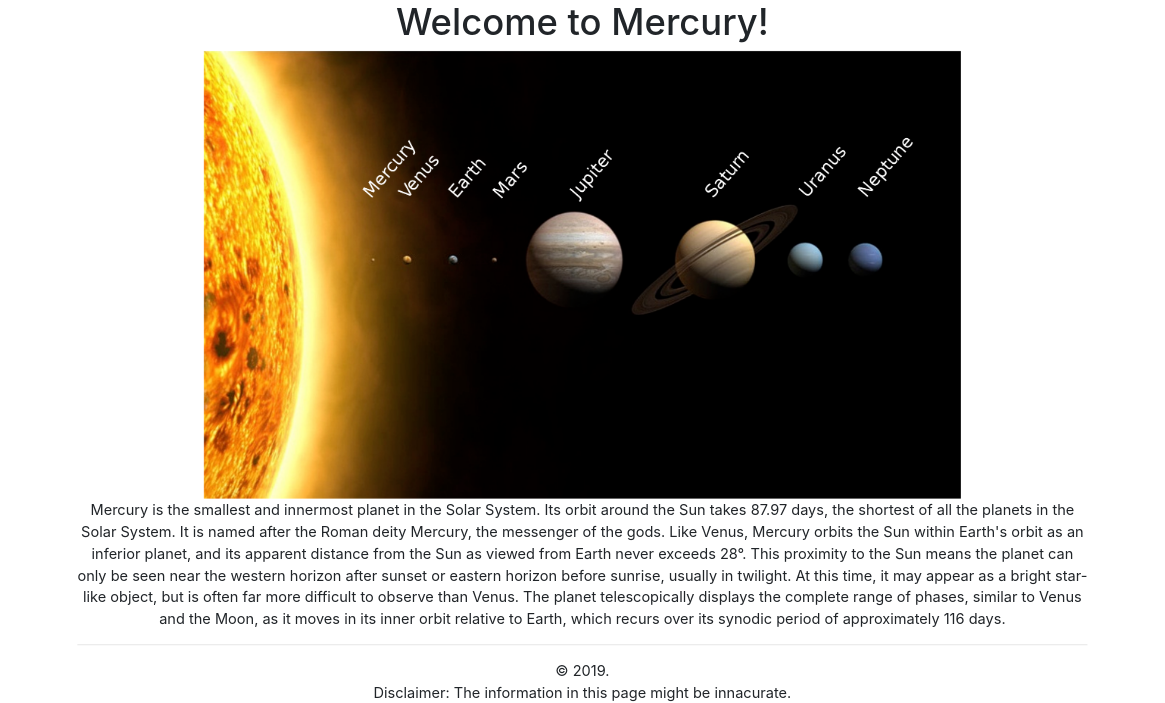
Repository: AdrienBarens/CST336-Lab6
Page: http://localhost/mercury
The author's editor kept a record of every edit. The page is drawn from the files as they stood at one moment, then again after the next edit.
The browser window is 1280 px wide. The pictures show the whole page, at 91% of full size.
The page is served by the project's Node server (app.js).

Above is the page before.

### views/mercury.html
<%- include('partials/header.ejs') %>

    <h1> Welcome to Mercury! </h1>
    <img src="/img/solar_system.png" alt="The Solar System"></img>
    <p>Mercury is the smallest and innermost planet in the Solar System. Its orbit around the Sun takes 87.97 days, the shortest of all the planets in the Solar System. It is named after the Roman deity Mercury, the messenger of the gods.
    Like Venus, Mercury orbits the Sun within Earth's orbit as an inferior planet, and its apparent distance from the Sun as viewed from Earth never exceeds 28°. This proximity to the Sun means the planet can only be seen near the western horizon after sunset or eastern horizon before sunrise, usually in twilight. At this time, it may appear as a bright star-like object, but is often far more difficult to observe than Venus. The planet telescopically displays the complete range of phases, similar to Venus and the Moon, as it moves in its inner orbit relative to Earth, which recurs over its synodic period of approximately 116 days.
    </p>

<%- include('partials/footer.ejs') -%>

### views/partials/header.ejs
<!DOCTYPE html>
<html>
    <head>
        <title> The Solar System </title>
        <link rel="stylesheet" href="/css/styles.css" />
        <link rel="stylesheet" href="https://stackpath.bootstrapcdn.com/bootstrap/4.4.1/css/bootstrap.min.css" integrity="sha384-Vkoo8x4CGsO3+Hhxv8T/Q5PaXtkKtu6ug5TOeNV6gBiFeWPGFN9MuhOf23Q9Ifjh" crossorigin="anonymous">
    </head>
    <body>
        <div class="container">

### views/partials/footer.ejs
<hr>
&copy; 2019. <br />
Disclaimer: The information in this page might be innacurate.
    </div>
    </body>

</html>

### app.js
const express = require("express")
const app = express();
app.engine('html', require("ejs").renderFile);
app.use(express.static("public"));

//routes
app.get("/", function(req,res){
   res.render("index.html");
});

app.get("/mercury", function(req,res){
   res.render("mercury.html");
});

app.get("/venus", function(req,res){
   res.render("venus.html")
});

app.get("/earth", function(req, res) {
    res.render("earth.html")
});

app.get("/mars", function(req, res) {
    res.render("mars.html")
});

//listener
app.listen(process.env.PORT,process.env.IP, function(){
    console.log("Express Server is Running...");
});

### public/css/styles.css
body {
    background-color: #CBE2F6;
}

.container {
    text-align: center;
}

img {
    width: 75%;
}

After the next edit:
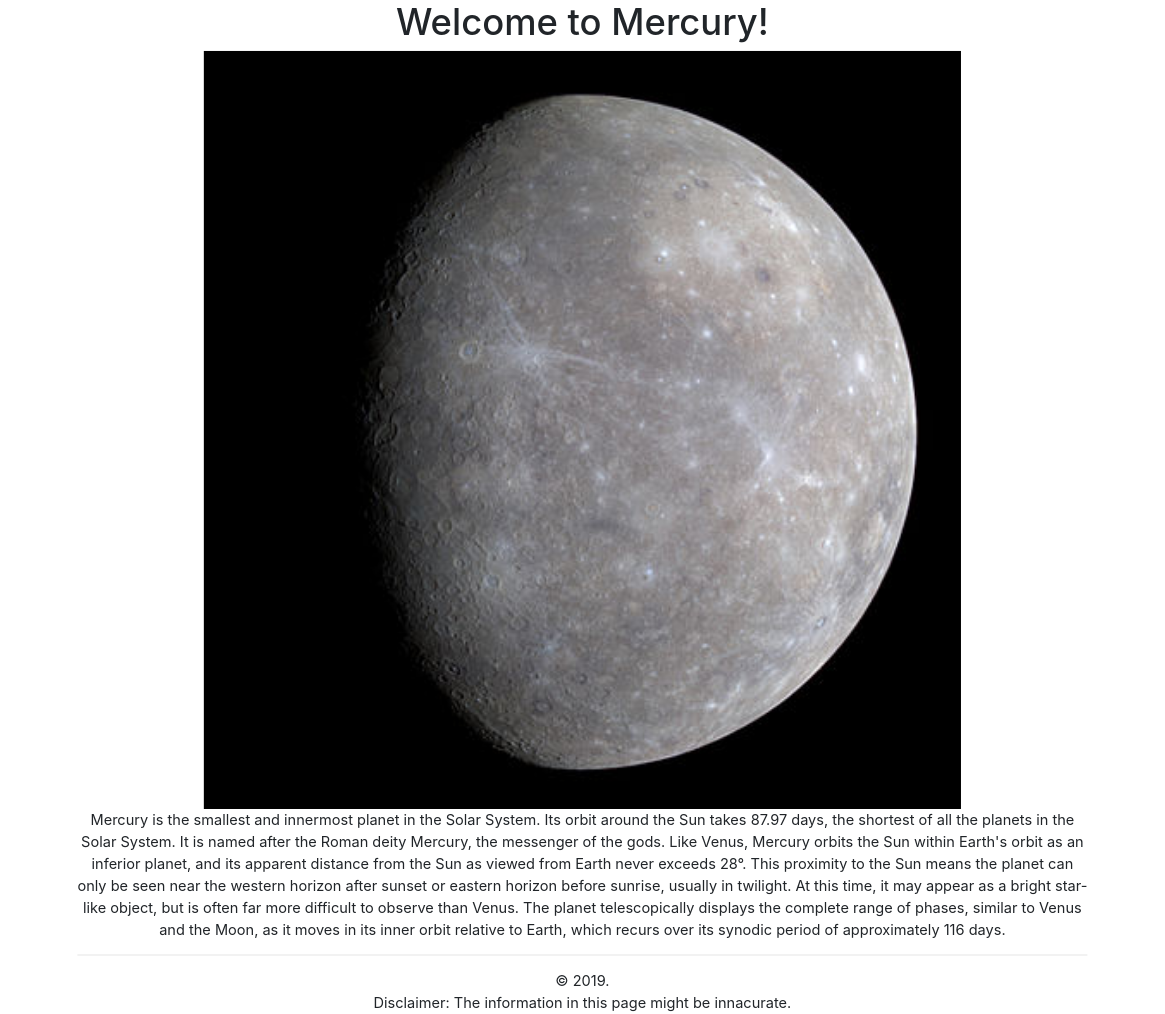
The edit:
--- a/views/mercury.html
+++ b/views/mercury.html
@@ -1,7 +1,7 @@
 <%- include('partials/header.ejs') %>
 
     <h1> Welcome to Mercury! </h1>
-    <img src="/img/solar_system.png" alt="The Solar System"></img>
+    <img src="/img/mercury.jpg" alt="The Solar System"></img>
     <p>Mercury is the smallest and innermost planet in the Solar System. Its orbit around the Sun takes 87.97 days, the shortest of all the planets in the Solar System. It is named after the Roman deity Mercury, the messenger of the gods.
     Like Venus, Mercury orbits the Sun within Earth's orbit as an inferior planet, and its apparent distance from the Sun as viewed from Earth never exceeds 28°. This proximity to the Sun means the planet can only be seen near the western horizon after sunset or eastern horizon before sunrise, usually in twilight. At this time, it may appear as a bright star-like object, but is often far more difficult to observe than Venus. The planet telescopically displays the complete range of phases, similar to Venus and the Moon, as it moves in its inner orbit relative to Earth, which recurs over its synodic period of approximately 116 days.
     </p>
